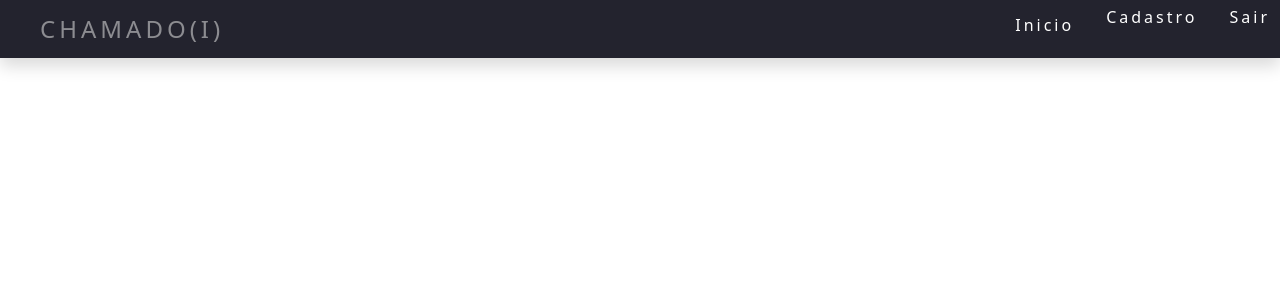
Repository: isaquemc2001/isaque-utilities
Page: index.html
The author's editor kept a copy of each file at every save. The page is drawn from the files as they stood at one save, then again after the next save.
The browser window is 1280 px wide. The pictures show the whole page.

Above is the page before, as saved 2021-10-28 11:55:28.

After the next save:
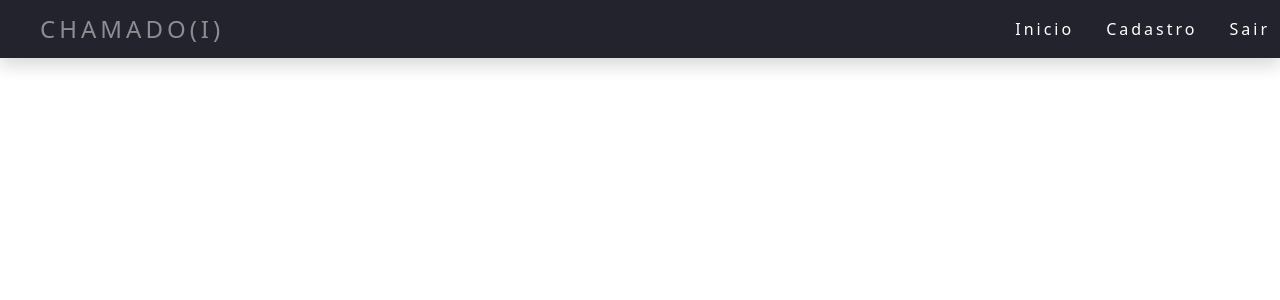
Saved 16 s later.
--- a/index.html
+++ b/index.html
@@ -25,9 +25,9 @@
                 <div class="line3"></div>
             </div>
             <ul class="nav-list">
-                <li><a href="#" class="mt-2 d-flex">Inicio</a></li>
-                <li><a href="#">Cadastro</a></li>
-                <li><a href="#">Sair</a></li>
+                <li><a href="#" class="mt-3 d-flex">Inicio</a></li>
+                <li><a href="#" class="mt-3 d-flex">Cadastro</a></li>
+                <li><a href="#" class="mt-3 d-flex">Sair</a></li>
             </ul>
         </nav>
     </header>
